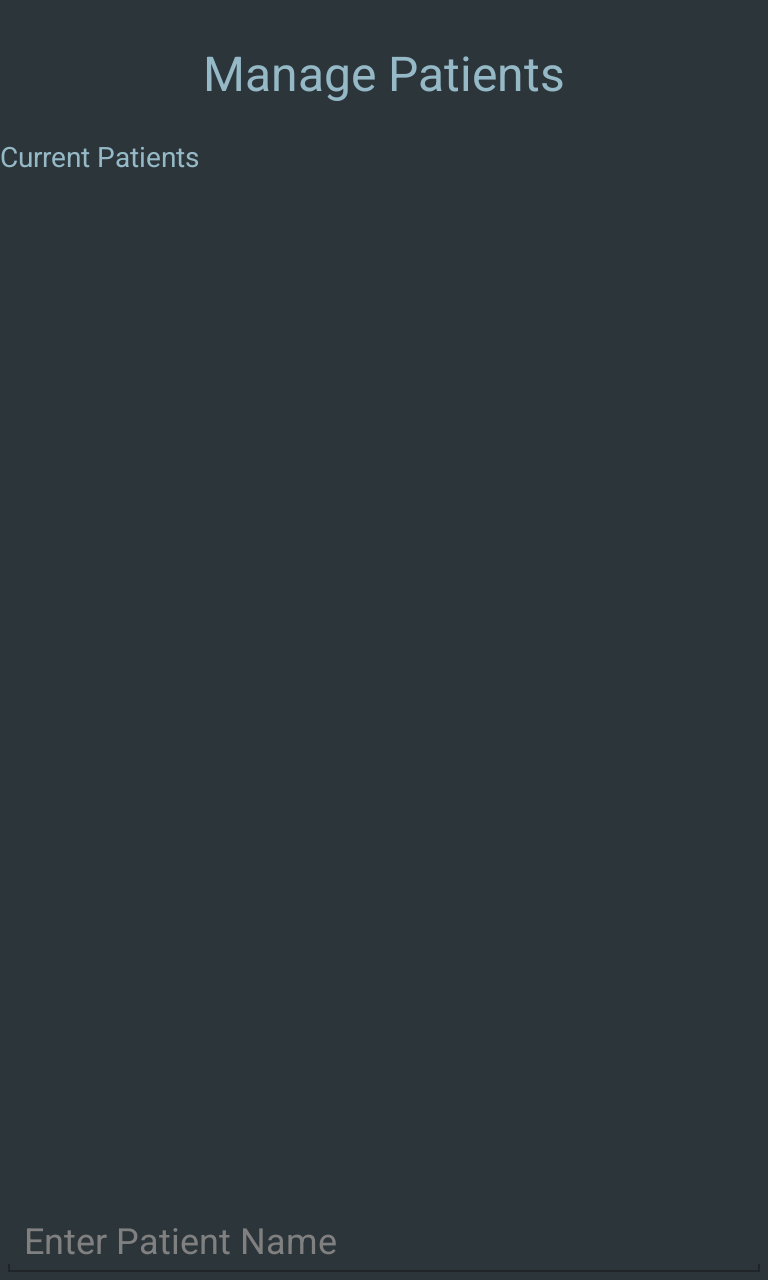
Repository: davidwiggy/MyWeek
Layout: MyWeek/res/layout/manage_clients.xml
The author's editor kept a copy of each file at every save. The layout is drawn from the files as they stood at one save, then again after the next save.
It is drawn on a 768 x 1280 px phone screen (xhdpi) without system bars, with theme AppTheme; the app's code is not run. Lists and similar views that code fills are empty.

Above is the layout before, as saved 2013-10-29 01:41:47.

After the next save:
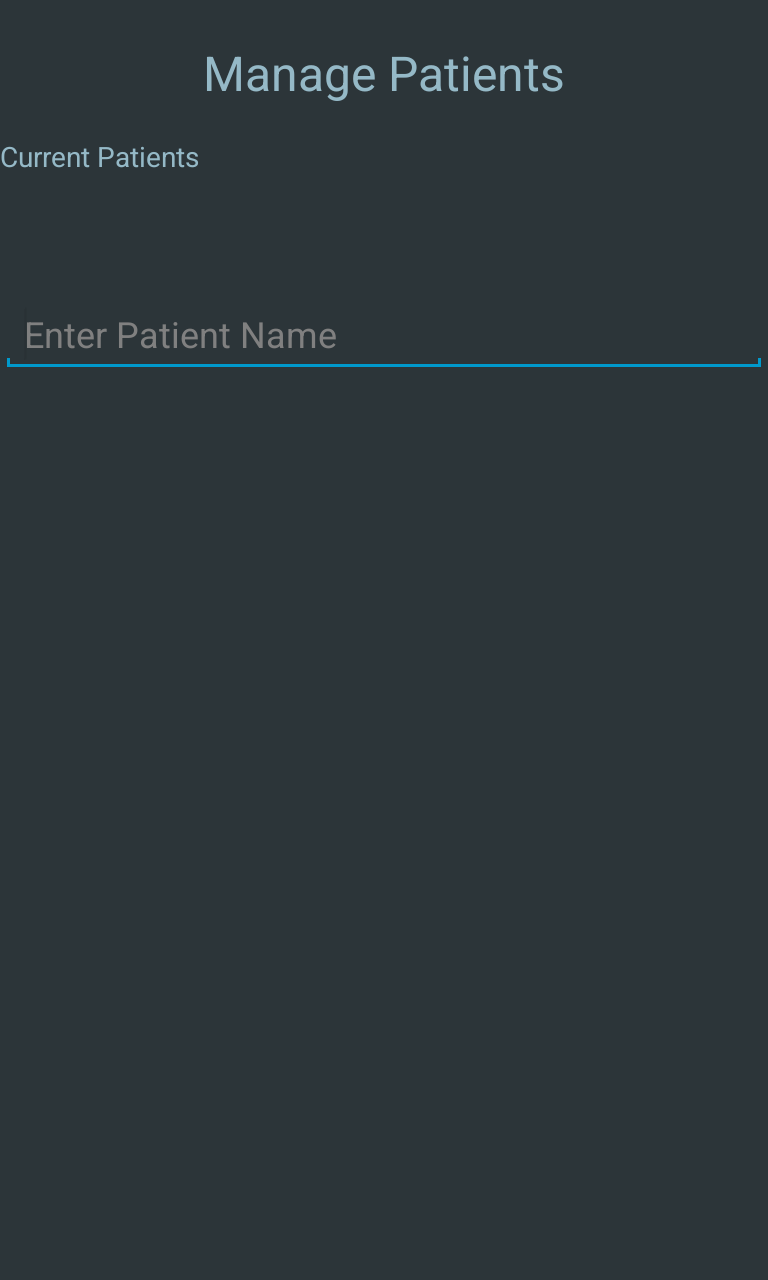
Saved 74 s later.
--- a/MyWeek/res/layout/manage_clients.xml
+++ b/MyWeek/res/layout/manage_clients.xml
@@ -28,20 +28,26 @@
           android:layout_below="@id/txtlblCurrentPatients"
           android:layout_width="match_parent"
           android:layout_height="60dip">
+
 	      <ListView
 	           android:id="@android:id/list"
 	           android:layout_width="match_parent"
 	           android:layout_height="match_parent">
-       </ListView>
+          </ListView>
+
        </LinearLayout>
+
        <EditText
            android:id="@+id/enter_patient_name"
            android:layout_width="match_parent"
            android:layout_height="wrap_content"
-           android:layout_alignParentBottom="true"
            android:layout_alignParentLeft="true"
+           android:layout_below="@+id/listViewHolderManageClients"
            android:ems="10"
            android:hint="Enter Patient Name"
-           android:inputType="textPersonName" />
+           android:inputType="textPersonName" >
+
+           <requestFocus />
+       </EditText>
 
 </RelativeLayout>
